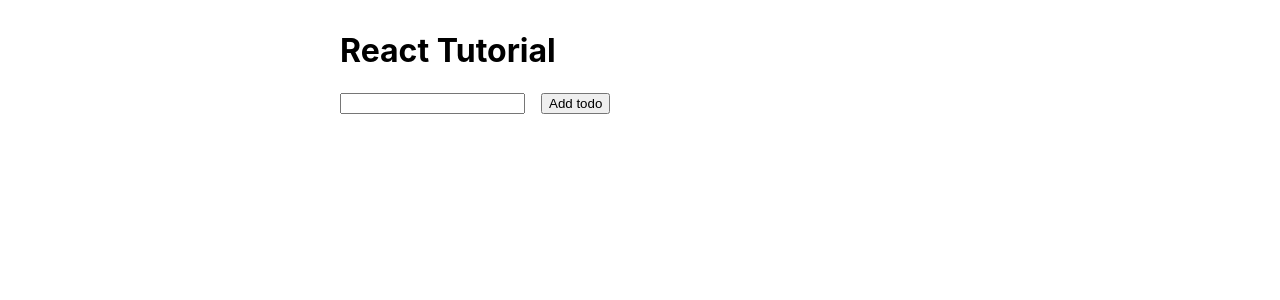
Repository: GregorPiev/rorganizer
Page: /
The author's editor kept a copy of each file at every save. The page is drawn from the files as they stood at one save, then again after the next save.
The browser window is 1280 px wide. The pictures show the whole page.
The page's requests for data from a server got no answer. The project was rebuilt for these pictures with package versions that can differ from the ones it lists, and the page was loaded fresh each time. No one was signed in, and anything a server would have sent is missing. Also part of the build but not shown: src/Todo/TodoList/TodoList.css, src/Todo/TodoItem/TodoItem.js, src/Todo/TodoList/TodoList.js.

Above is the page before, as saved 2020-08-22 16:01:00.

After the next save:
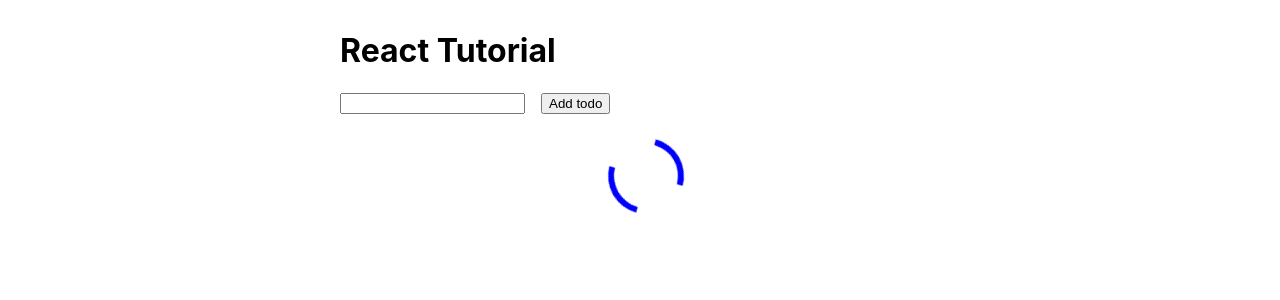
Saved 63 s later.
--- a/src/Loader/Loader.css
+++ b/src/Loader/Loader.css
@@ -10,8 +10,8 @@
   height: 64px;
   margin: 8px;
   border-radius: 50%;
-  border: 6px solid #fff;
-  border-color: #fff transparent #fff transparent;
+  border: 6px solid blue;
+  border-color: blue transparent blue transparent;
   animation: lds-dual-ring 1.2s linear infinite;
 }
 @keyframes lds-dual-ring {
